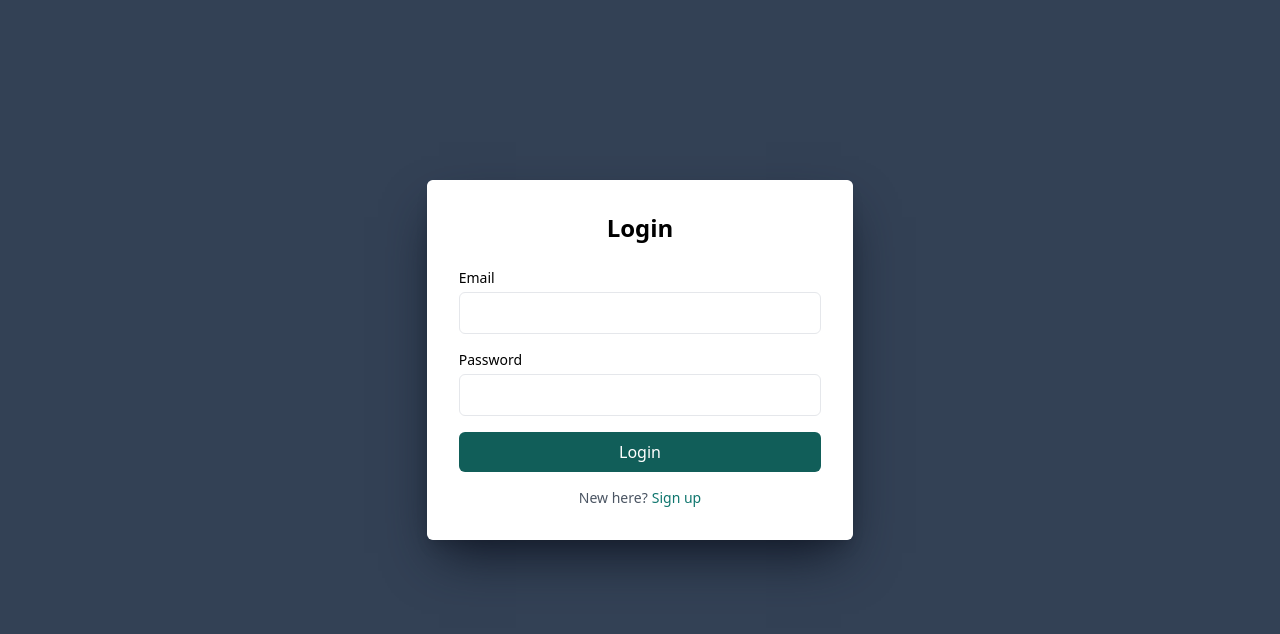
Repository: alizey12/POS-React-website
Page: /
An editor plug-in stored every save of this project. The page is shown before and after a run of saves, followed by the edit.
The browser window is 1280 px wide. The pictures show the whole page.
The project was rebuilt for these pictures with package versions that can differ from the ones it lists, and the page was loaded fresh each time. Also part of the build but not shown: vite.config.js, src/navbar.jsx, src/sidebar.jsx, src/Dashboard.jsx.

Above is the page before, as saved 2024-12-31 15:39:32.

### src/App.jsx
import { BrowserRouter as Router, Routes, Route } from 'react-router-dom';
import LoginPage from "./login"
import Dashboard from './Dashboard';

function App() {
  return (
    <Router>
      <Routes>
        <Route path="/" element={<LoginPage />} />
        <Route path="/dashboard" element={<Dashboard />} />
      </Routes>
    </Router>
  );
}

export default App;

### src/login.jsx
import { useState } from 'react';
import toast, { Toaster } from 'react-hot-toast';
import { useNavigate } from 'react-router-dom';

const SignupLogin = () => {
  const [isLogin, setIsLogin] = useState(true);
  const [formData, setFormData] = useState({
    email: '',
    password: '',
    confirmPassword: '',
  });
  const [errors, setErrors] = useState({});
  const [storedUser, setStoredUser] = useState(null);
  const navigate = useNavigate();

  const toggleForm = () => setIsLogin(!isLogin);

  const handleChange = (e) => {
    const { name, value } = e.target;
    setFormData({ ...formData, [name]: value });
    setErrors({ ...errors, [name]: '' }); // Clear error on change
  };

  const validateForm = () => {
    const newErrors = {};
    if (!formData.email) newErrors.email = 'Please enter email';
    if (!formData.password) newErrors.password = 'Please enter password';
    if (!isLogin && formData.password !== formData.confirmPassword) {
      newErrors.confirmPassword = 'Passwords do not match';
    }
    setErrors(newErrors);
    return Object.keys(newErrors).length === 0;
  };

  const handleSubmit = (e) => {
    e.preventDefault();
    if (!validateForm()) return;

    const { email, password } = formData;

    if (isLogin) {
      if (storedUser && email === storedUser.email && password === storedUser.password) {
        toast.success('Login successful!');
        setTimeout(() => navigate('/dashboard'), 1500);
      } else {
        toast.error('Your email or password is incorrect. Please try again.');
      }
    } else {
      setStoredUser({ email, password });
      toast.success('Signup successful!');
      setTimeout(() => setIsLogin(true), 1500);
    }
  };

  return (
    <div className="flex items-center justify-center min-h-screen bg-slate-700 to-yellow-500">
      <div className=" bg-white w-1/3 shadow-lg rounded-lg">

        <div className="w-full bg-white rounded-md shadow-gray-900 shadow-2xl p-8 justify-center">
          <h2 className="text-2xl font-bold text-center ">
            {isLogin ? 'Login' : 'Sign Up'}
          </h2>
          <form onSubmit={handleSubmit} className="mt-6 space-y-4">
            <div>
              <label className="block text-sm font-medium ">Email</label>
              <input
                type="email"
                name="email"
                value={formData.email}
                onChange={handleChange}
                className="mt-1 block w-full p-2 border rounded-md focus:outline-none focus:ring-blue-500 focus:border-blue-500"
              />
              {errors.email && <p className="text-red-500 text-sm mt-1">{errors.email}</p>}
            </div>
            <div>
              <label className="block text-sm font-medium ">Password</label>
              <input
                type="password"
                name="password"
                value={formData.password}
                onChange={handleChange}
                className="mt-1 block w-full p-2 border rounded-md focus:outline-none focus:ring-blue-500 focus:border-blue-500"
              />
              {errors.password && <p className="text-red-500 text-sm mt-1">{errors.password}</p>}
            </div>
            {!isLogin && (
              <div>
                <label className="block text-sm font-medium ">Confirm Password</label>
                <input
                  type="password"
                  name="confirmPassword"
                  value={formData.confirmPassword}
                  onChange={handleChange}
                  className="mt-1 block w-full p-2 border rounded-md focus:outline-none focus:ring-blue-500 focus:border-blue-500"
                />
                {errors.confirmPassword && <p className="text-red-500 text-sm mt-1">{errors.confirmPassword}</p>}
              </div>
            )}
            <button
              type="submit"
              className="w-full bg-teal-800 text-white p-2 rounded-md hover:bg-teal-600 focus:outline-none focus:ring-2 focus:ring-blue-500 focus:ring-offset-2"
            >
              {isLogin ? 'Login' : 'Sign Up'}
            </button>
          </form>
          <p className="text-center text-sm text-gray-600 mt-4">
            {isLogin ? 'New here?' : 'Already have an account?'}
            <button
              type="button"
              onClick={toggleForm}
              className="ml-1 text-teal-700 hover:underline"
            >
              {isLogin ? 'Sign up' : 'Login'}
            </button>
          </p>
        </div>
      </div>
      <Toaster />
    </div>
  );
};

export default SignupLogin;

Loaded but not shown: index.html (common file); src/main.jsx (common file); src/index.css (common file); tailwind.config.js (common file)

After the next 3 saves:
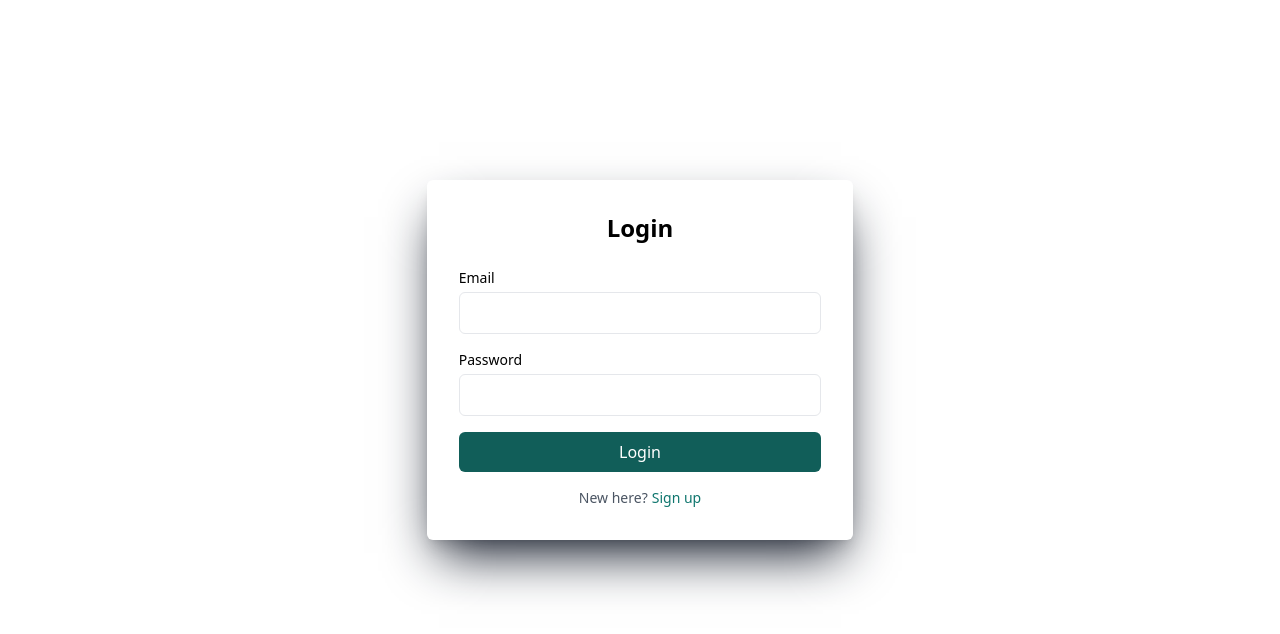
The 3 saves are shown as one change because they came seconds apart.
The last was saved 9 s later.
--- a/src/login.jsx
+++ b/src/login.jsx
@@ -53,7 +53,7 @@ const SignupLogin = () => {
   };
 
   return (
-    <div className="flex items-center justify-center min-h-screen bg-slate-700 to-yellow-500">
+    <div className="flex items-center justify-center min-h-screen bg to-yellow-500">
       <div className=" bg-white w-1/3 shadow-lg rounded-lg">
 
         <div className="w-full bg-white rounded-md shadow-gray-900 shadow-2xl p-8 justify-center">
